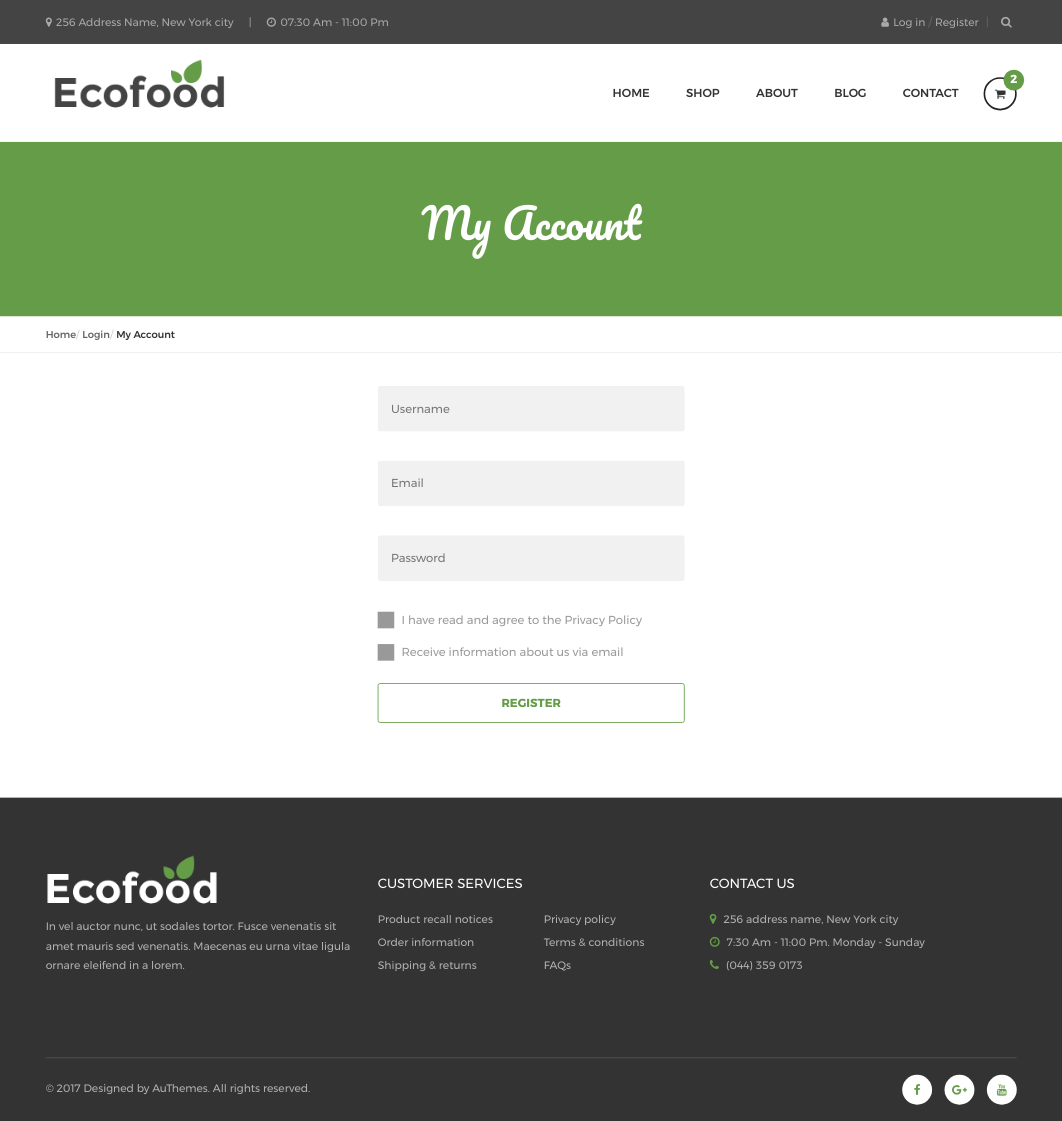
Repository: riteshyadav7878/ecofood
Page: http://localhost/register.php
These files come from the project's save history. The page is drawn as it stood at one moment and after the next save; the edit follows.
The browser window is 1280 px wide. The pictures show the whole page, at 83% of full size.
The page is run by PHP 8.4 with error messages shown; the project is at /var/www/html/.

Above is the page before, as saved 2024-09-10 12:39:17.

After the next save:
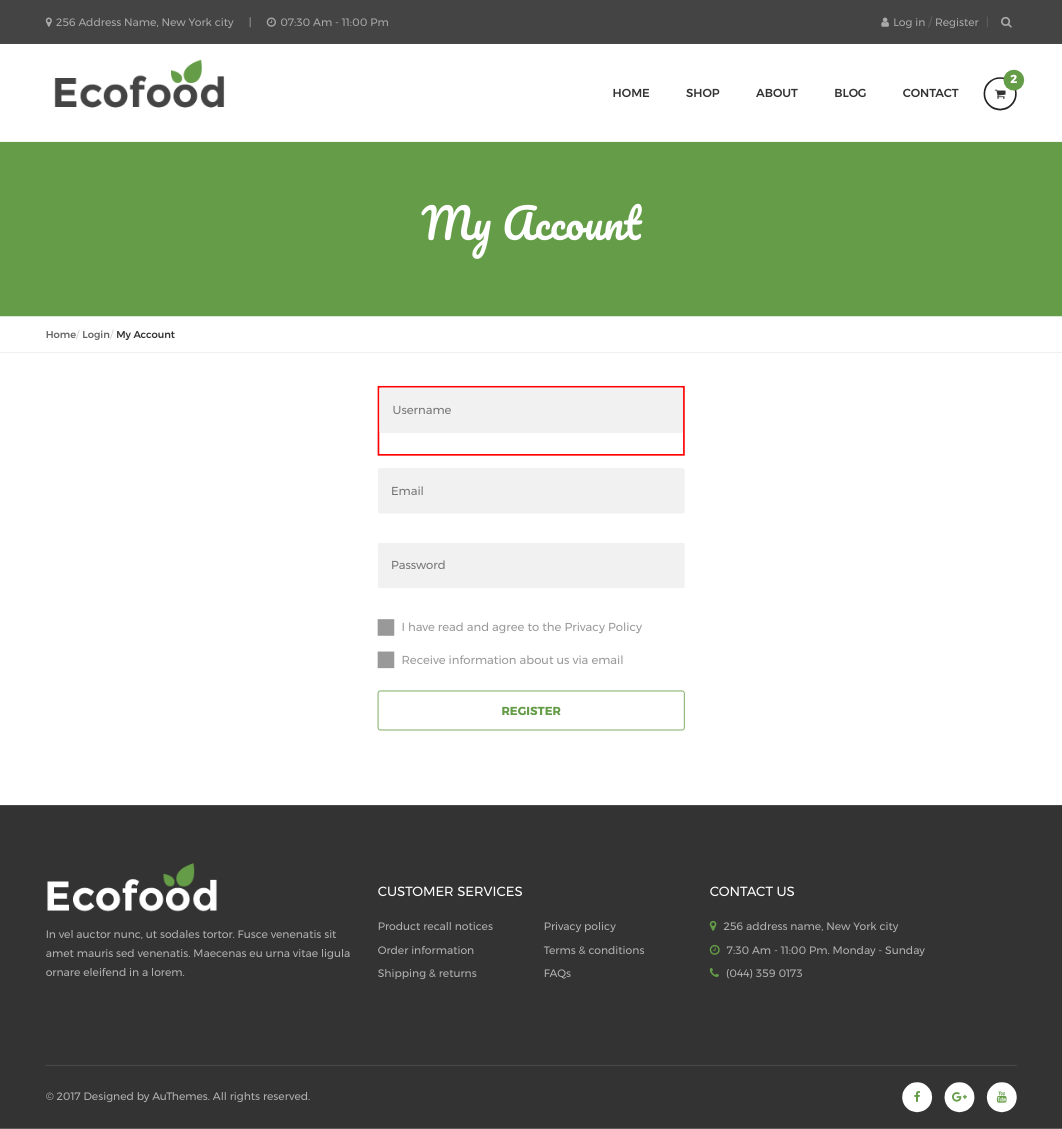
Saved 4 s later.
--- a/register.php
+++ b/register.php
@@ -151,7 +151,7 @@
                 <div class="col-md-4 col-md-push-4">
                     <div class="register-1">
                         <form class="theme-form" action="register.php" method="post" onsubmit="return validateForm()">
-                            <div class="form-group .error-border">
+                            <div class="form-group error-border">
                                 <input id="username" class="theme-input-text" type="text" name="username" placeholder="Username" />
                                 <div id="username-error" class="error-message"></div>
                             </div>

After the save that followed:
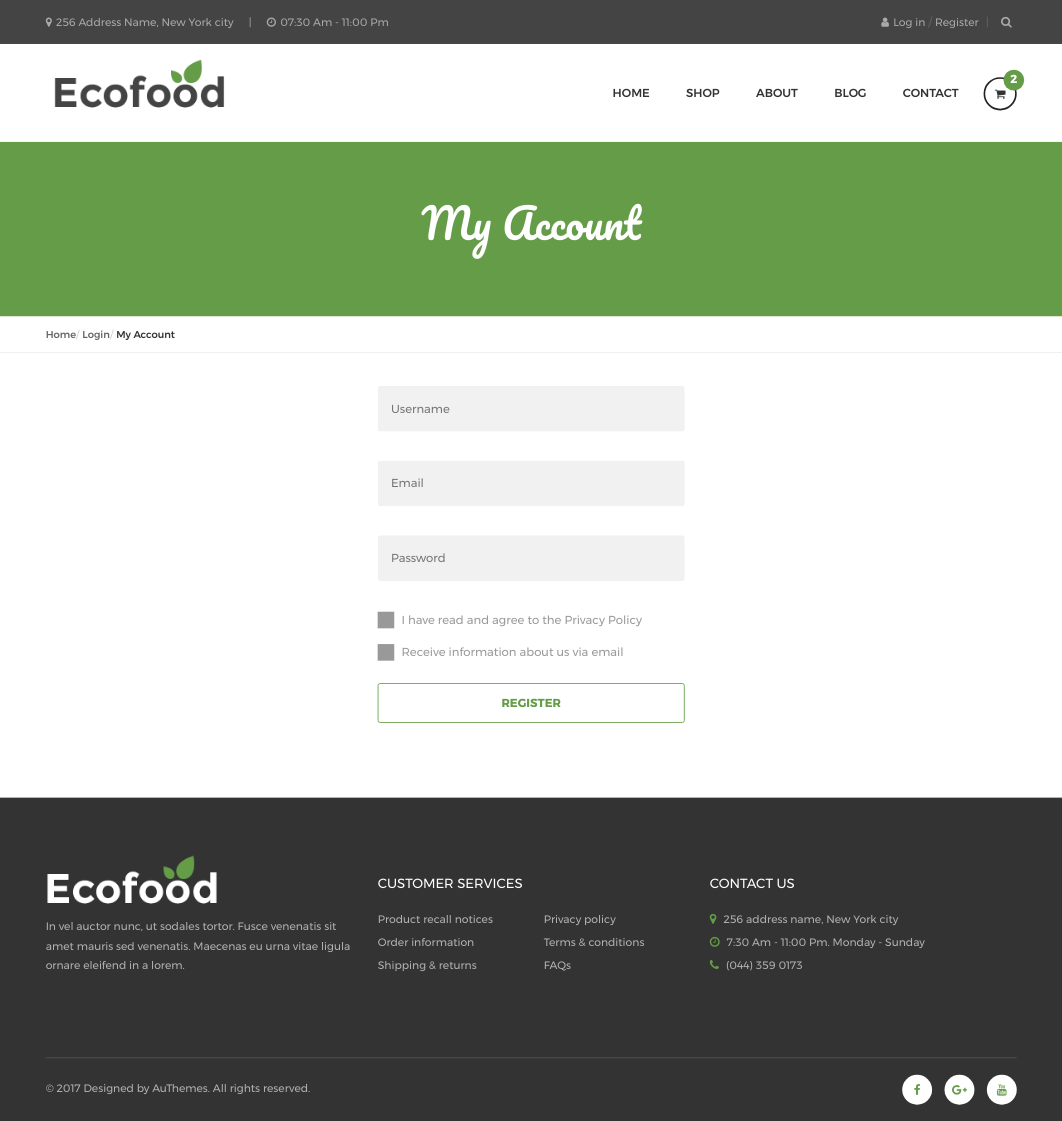
Saved 11 s later.
--- a/register.php
+++ b/register.php
@@ -151,7 +151,7 @@
                 <div class="col-md-4 col-md-push-4">
                     <div class="register-1">
                         <form class="theme-form" action="register.php" method="post" onsubmit="return validateForm()">
-                            <div class="form-group error-border">
+                            <div class="form-group ">
                                 <input id="username" class="theme-input-text" type="text" name="username" placeholder="Username" />
                                 <div id="username-error" class="error-message"></div>
                             </div>
